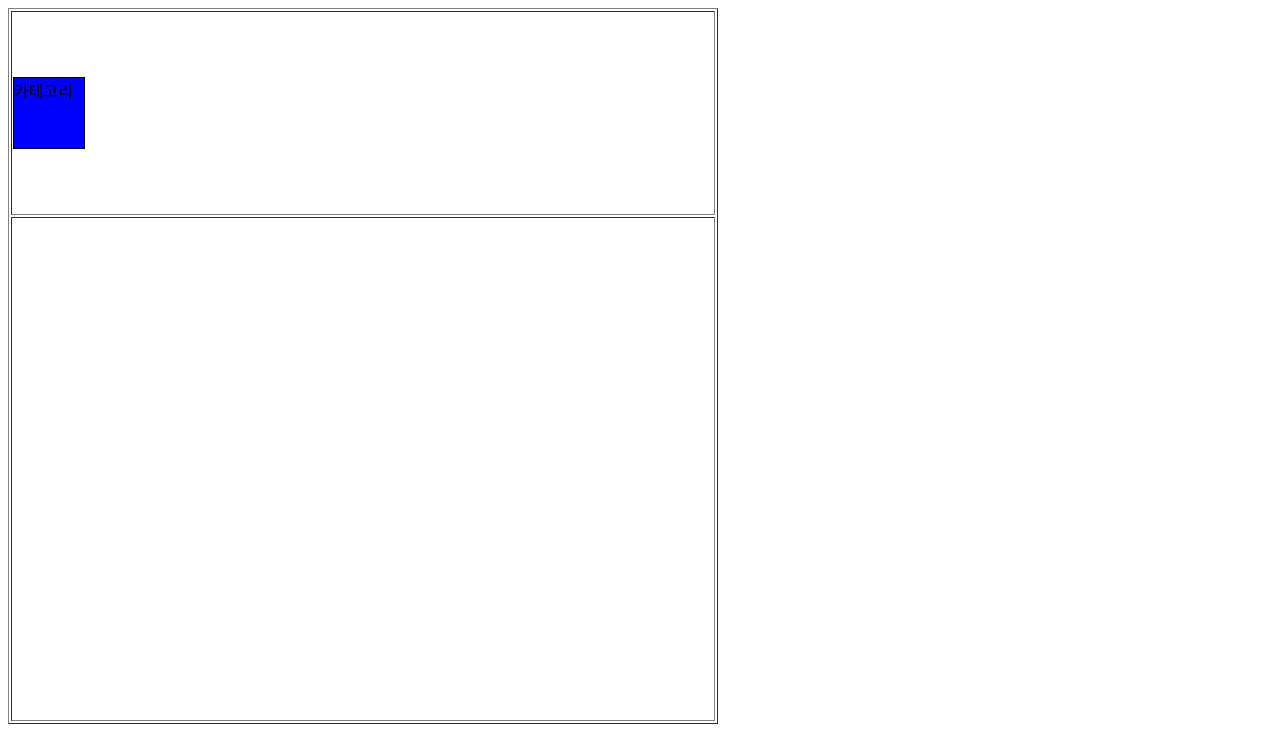
Repository: HmDol/Spring_study
Page: http://localhost/project1/Exweb.jsp
The author's editor kept a copy of each file at every save. The page is drawn from the files as they stood at one save, then again after the next save.
The browser window is 1280 px wide. The pictures show the whole page.
The page is served by Tomcat 10.

Above is the page before, as saved 2023-09-06 06:32:46.

After the next save:
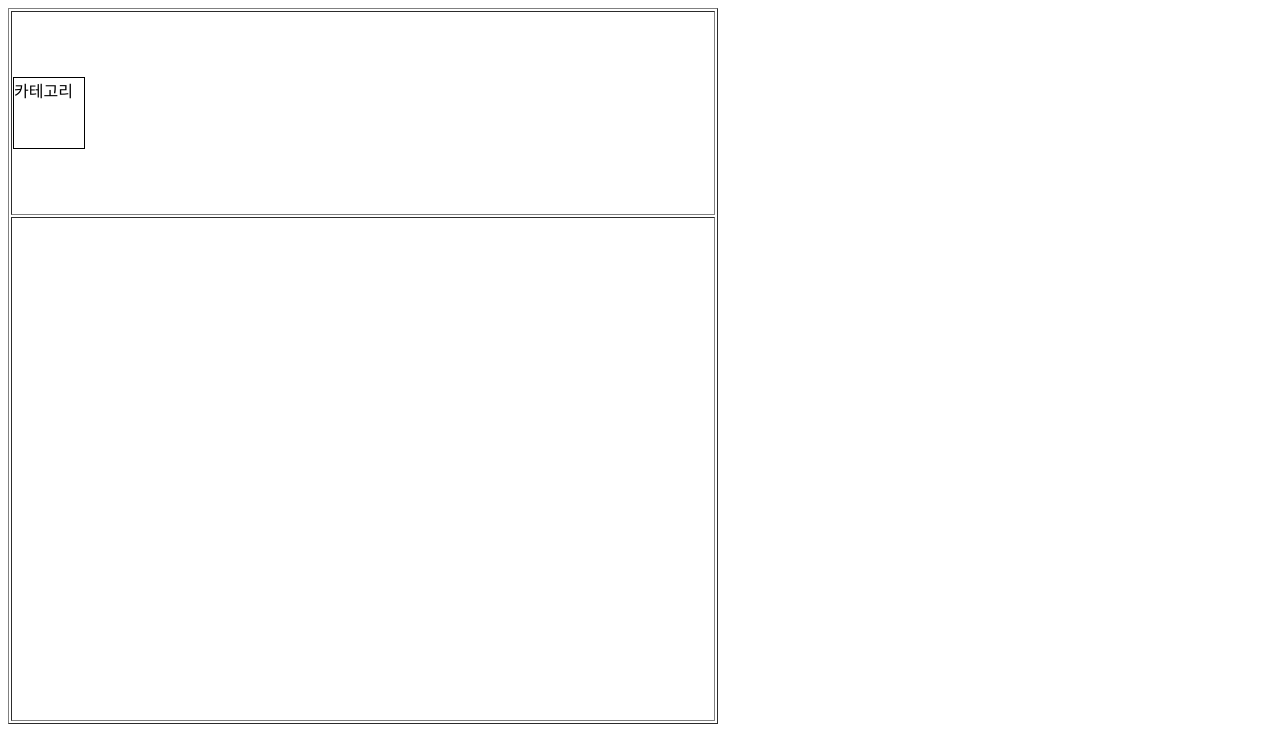
Saved 8 s later.
--- a/project1/src/main/webapp/Exweb.jsp
+++ b/project1/src/main/webapp/Exweb.jsp
@@ -37,7 +37,7 @@ const b = () => {
 	<table border="1">
 		<tr>
 			<td style="width: 700px; height: 200px">
-				<div id="cate" style="width:70px;height:70px; background-color:blue; border: 1px solid black"
+				<div id="cate" style="width:70px;height:70px; background-color:yello; border: 1px solid black"
 					onmouseover="a()" onmouseout="b()">카테고리</div>
 			</td>
 		</tr>
